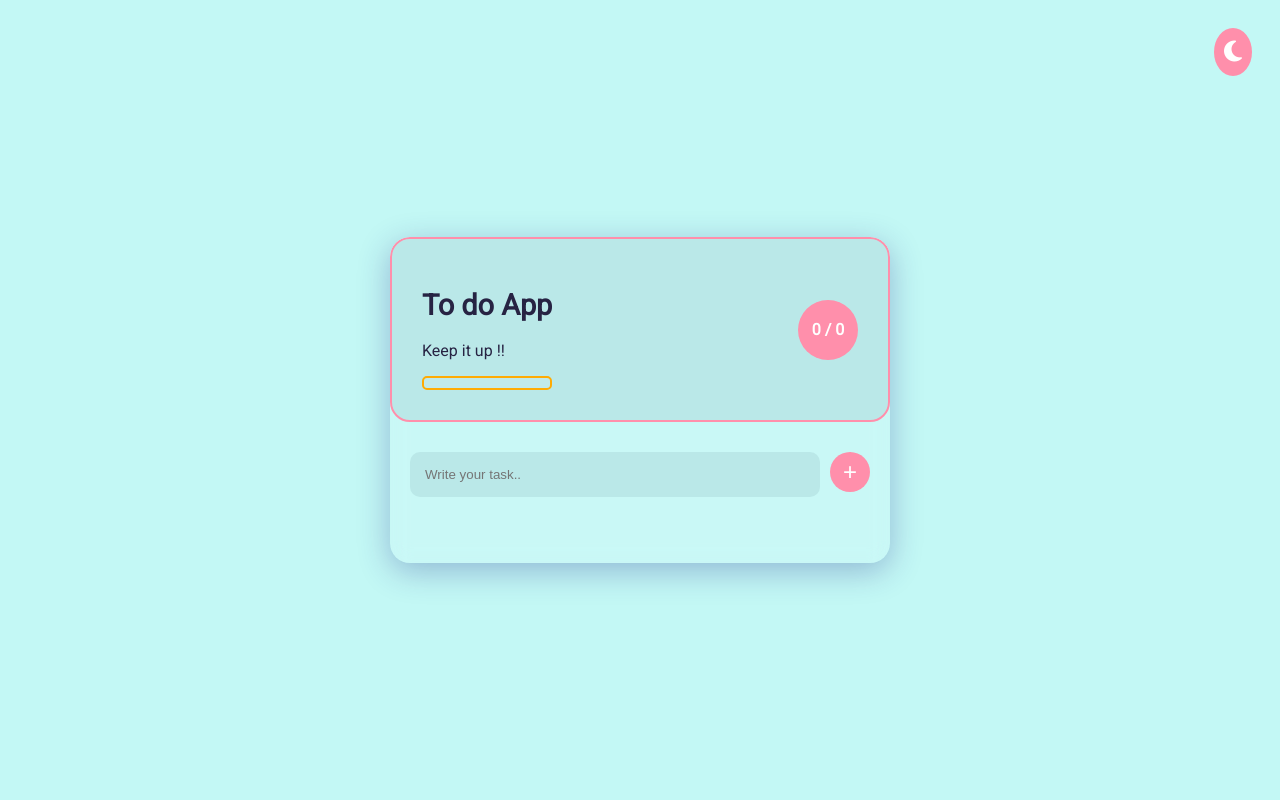
Repository: MounikaSahasra/Productivity-tracker
Page: index.html
The author's editor kept a copy of each file at every save. The page is drawn from the files as they stood at one save, then again after the next save.
The browser window is 1280 px wide. The pictures show the whole page.

Above is the page before, as saved 2025-06-30 18:59:10.

### index.html
<!DOCTYPE html>
<html lang="en">

<head>
  <meta charset="UTF-8" />
  <meta name="viewport" content="width=device-width, initial-scale=1.0" />
  <!-- Font Awesome CDN -->
  <link href="https://cdnjs.cloudflare.com/ajax/libs/font-awesome/6.5.0/css/all.min.css" rel="stylesheet" />
  <link href="https://fonts.googleapis.com/css2?family=Roboto&display=swap" rel="stylesheet" />
  <link rel="stylesheet" href="style.css" />
  <title>To-Do List</title>
</head>

<body>
  <!-- 🌗 Theme Toggle Button -->
  <button id="themeToggle" class="theme-toggle" aria-label="Toggle Theme">
    <i id="themeIcon" class="fa-solid fa-moon"></i>
  </button>

  <div class="container">
    <div class="stats-container">
      <div class="details">
        <h1>To do App</h1>
        <p>Keep it up !!</p>
        <div id="progressBar">
          <div id="progress"></div>
        </div>
      </div>
      <div class="stats-numbers">
        <p id="numbers">2 / 3</p>
      </div>
    </div>

    <form id="taskForm">
      <input type="text" id="taskInput" placeholder="Write your task.." />
      <button id="newTask" type="submit">+</button>
    </form>

    <ul class="task-list" id="task-list"></ul>
  </div>

  <div id="celebration"></div>

  <!-- <script>
    const toggleButton = document.getElementById("themeToggle");
    const themeIcon = document.getElementById("themeIcon");
    const body = document.body;

    // Load theme from localStorage
    const savedTheme = localStorage.getItem("theme");
    if (savedTheme === "dark") {
      body.classList.add("dark-mode");
      themeIcon.classList.replace("fa-moon", "fa-sun");
    }

    toggleButton.addEventListener("click", () => {
      body.classList.toggle("dark-mode");

      const isDark = body.classList.contains("dark-mode");
      themeIcon.classList.toggle("fa-moon", !isDark);
      themeIcon.classList.toggle("fa-sun", isDark);

      localStorage.setItem("theme", isDark ? "dark" : "light");
    });
  </script> -->

  <script src="script.js"></script>
</body>

</html>

### style.css
:root {
  --background: #c3f8f5;
  --secondarybackground: #bae8e8;
  --text: #272343;
  --accent: #ffab03;
  --highlight: #ff8fab;
  --glass: rgba(255, 255, 255, 0.1);
  --blur: 10px;
  --transition: 0.4s ease;
  --completed: #7c7c7c;
}

/* ✅ Dark Mode overrides */
body.dark-mode {
  --background: #1a1a2e;
  --secondarybackground: #16213e;
  --text: #ffffff;
  --accent: #00f5d4;
  --highlight: #9d4edd;
  --completed: #bbbbbb;
}

body {
  background: var(--background);
  color: var(--text);
  transition: background var(--transition), color var(--transition);
  min-height: 100vh;
  display: flex;
  justify-content: center;
  align-items: center;
  font-family: 'Roboto', sans-serif;
  padding: 2rem;
  position: relative;
}

.container {
  width: 100%;
  max-width: 500px;
  backdrop-filter: blur(var(--blur));
  background-color: var(--glass);
  border-radius: 20px;
  box-shadow: 0 8px 32px rgba(31, 38, 135, 0.3);
  overflow: hidden;
  transition: background var(--transition);
}

.stats-container {
  background: var(--secondarybackground);
  border: 2px solid var(--highlight);
  padding: 30px;
  border-radius: 20px;
  display: flex;
  justify-content: space-between;
  align-items: center;
  gap: 20px;
}

.details h1 {
  font-size: 1.8rem;
  color: var(--text);
}

#progressBar {
  background: var(--glass);
  height: 10px;
  border-radius: 5px;
  border: 2px solid var(--accent);
  margin-top: 10px;
  overflow: hidden;
}

#progress {
  background: var(--accent);
  height: 100%;
  width: 0%;
  transition: width 0.4s ease-in-out;
}

.stats-numbers {
  background-color: var(--highlight);
  border-radius: 50%;
  width: 60px;
  height: 60px;
  color: #fff;
  display: flex;
  justify-content: center;
  align-items: center;
  font-weight: bold;
}

form {
  display: flex;
  gap: 10px;
  margin: 30px 0;
  padding: 0 20px;
}

form input[type="text"] {
  flex: 1;
  padding: 15px;
  border-radius: 10px;
  border: none;
  background-color: var(--secondarybackground);
  color: var(--text);
}

form button {
  background-color: var(--highlight);
  border: none;
  border-radius: 50%;
  color: white;
  width: 40px;
  height: 40px;
  font-size: 1.5rem;
  cursor: pointer;
  transition: background 0.3s ease;
}

.task-list {
  list-style: none;
  padding: 0 20px 20px;
  display: flex;
  flex-direction: column;
  gap: 15px;
}

.task-item {
  background-color: var(--secondarybackground);
  padding: 15px;
  border-radius: 10px;
  display: flex;
  justify-content: space-between;
  align-items: center;
  animation: fadeIn 0.4s ease;
}

.task.completed p {
  text-decoration: line-through;
  color: var(--completed);
  opacity: 0.8;
}

.task {
  display: flex;
  align-items: center;
  gap: 10px;
}

.icons img {
  width: 20px;
  height: 20px;
  cursor: pointer;
}

/* Theme toggle button styling */
.theme-toggle {
  position: absolute;
  top: 20px;
  right: 20px;
  background: var(--highlight);
  border: none;
  border-radius: 50%;
  font-size: 1.5rem;
  padding: 10px;
  cursor: pointer;
  transition: background 0.3s ease, transform 0.3s ease;
  z-index: 1000;
  color: white;
}

.theme-toggle:hover {
  transform: scale(1.1);
}

.fade-in {
  animation: fadeIn 0.5s ease;
}

.remove-animation {
  animation: fadeOut 0.3s ease forwards;
}

@keyframes fadeIn {
  from { opacity: 0; transform: translateY(-10px); }
  to { opacity: 1; transform: translateY(0); }
}

@keyframes fadeOut {
  to { opacity: 0; transform: translateY(10px); height: 0; margin: 0; padding: 0; }
}

/* Confetti */
#celebration {
  position: fixed;
  top: 0;
  left: 0;
  width: 100%;
  height: 100%;
  pointer-events: none;
  z-index: 9999;
  overflow: hidden;
}

.confetti {
  position: absolute;
  width: 10px;
  height: 10px;
  background-color: hsl(var(--hue), 80%, 60%);
  border-radius: 50%;
  animation: fall 5s linear forwards;
  opacity: 0.98;
}

@keyframes fall {
  0% {
    transform: translateY(0) rotate(0deg);
    opacity: 1;
  }
  100% {
    transform: translateY(100vh) rotate(360deg);
    opacity: 0;
  }
}

/* Icon brightness fix for dark mode */
body.dark-mode .icons img {
  filter: brightness(0) invert(1); /* white */
}

body:not(.dark-mode) .icons img {
  filter: none;
}

### script.js
let tasks = JSON.parse(localStorage.getItem('tasks')) || [];

const taskForm = document.getElementById('taskForm');
const taskInput = document.getElementById('taskInput');
const taskList = document.querySelector('.task-list');
const progress = document.getElementById('progress');
const numbers = document.getElementById('numbers');
const themeToggle = document.getElementById('themeToggle');
const themeIcon = document.getElementById('themeIcon');

// Initialize Theme
let isDark = localStorage.getItem('theme') === 'dark';
document.body.classList.toggle('dark-mode', isDark);
themeIcon.className = isDark ? 'fas fa-sun' : 'fas fa-moon';

// ✅ Toggle Theme
themeToggle.addEventListener('click', () => {
  isDark = !isDark;
  document.body.classList.toggle('dark-mode', isDark);
  themeIcon.className = isDark ? 'fas fa-sun' : 'fas fa-moon';
  localStorage.setItem('theme', isDark ? 'dark' : 'light');
});

// ✅ Handle Form Submission
taskForm.addEventListener('submit', (e) => {
  e.preventDefault();
  addTask();
});

// ✅ Add Task
function addTask() {
  const text = taskInput.value.trim();
  if (text !== '') {
    tasks.push({ text, completed: false });
    taskInput.value = '';
    saveTasks();
    updateTaskList();
  }
}

// ✅ Delete Task
function deleteTask(index) {
  const li = taskList.children[index];
  li.classList.add('remove-animation');
  setTimeout(() => {
    tasks.splice(index, 1);
    saveTasks();
    updateTaskList();
  }, 300);
}

// ✅ Toggle Completion
function toggleTaskComplete(index) {
  tasks[index].completed = !tasks[index].completed;
  saveTasks();
  updateTaskList();
}

// ✅ Save to LocalStorage
function saveTasks() {
  localStorage.setItem('tasks', JSON.stringify(tasks));
}

// ✅ Render Tasks
function updateTaskList() {
  taskList.innerHTML = '';
  let completed = 0;

  tasks.forEach((task, index) => {
    if (task.completed) completed++;

    const li = document.createElement('li');
    li.classList.add('task-item', 'fade-in');
    li.innerHTML = `
      <div class="task ${task.completed ? 'completed' : ''}">
        <input type="checkbox" ${task.completed ? 'checked' : ''} />
        <p>${task.text}</p>
      </div>
      <div class="icons">
        <img src="img/edit.png" alt="Edit" onclick="editTask(${index})" />
        <img src="img/bin.png" alt="Delete" onclick="deleteTask(${index})" />
      </div>
    `;

    li.querySelector('input').addEventListener('change', () => toggleTaskComplete(index));
    taskList.appendChild(li);
  });

  // Update progress bar and count
  const percent = tasks.length ? (completed / tasks.length) * 100 : 0;
  progress.style.width = `${percent}%`;
  numbers.textContent = `${completed} / ${tasks.length}`;

  // Confetti 🎉
  if (tasks.length && completed === tasks.length) {
    launchConfetti();
  }
}

// ✅ Edit Task
function editTask(index) {
  const newText = prompt('Edit your task:', tasks[index].text);
  if (newText !== null && newText.trim() !== '') {
    tasks[index].text = newText.trim();
    saveTasks();
    updateTaskList();
  }
}

// ✅ Confetti Animation
function launchConfetti() {
  const container = document.getElementById('celebration');

  for (let i = 0; i < 150; i++) {
    const confetti = document.createElement('div');
    confetti.className = 'confetti';

    // Random horizontal position
    confetti.style.left = `${Math.random() * 100}%`;

    // Random vertical starting position (above the screen)
    confetti.style.top = `${Math.random() * -window.innerHeight}px`;

    // Random hue for color
    confetti.style.setProperty('--hue', Math.floor(Math.random() * 360));

    // Random size
    const size = Math.random() * 8 + 4; // size between 4px and 12px
    confetti.style.width = `${size}px`;
    confetti.style.height = `${size}px`;

    container.appendChild(confetti);

    // Remove after animation ends (3s)
    setTimeout(() => container.removeChild(confetti), 5000);
  }
}

// ✅ On Load
updateTaskList();

After the next save:
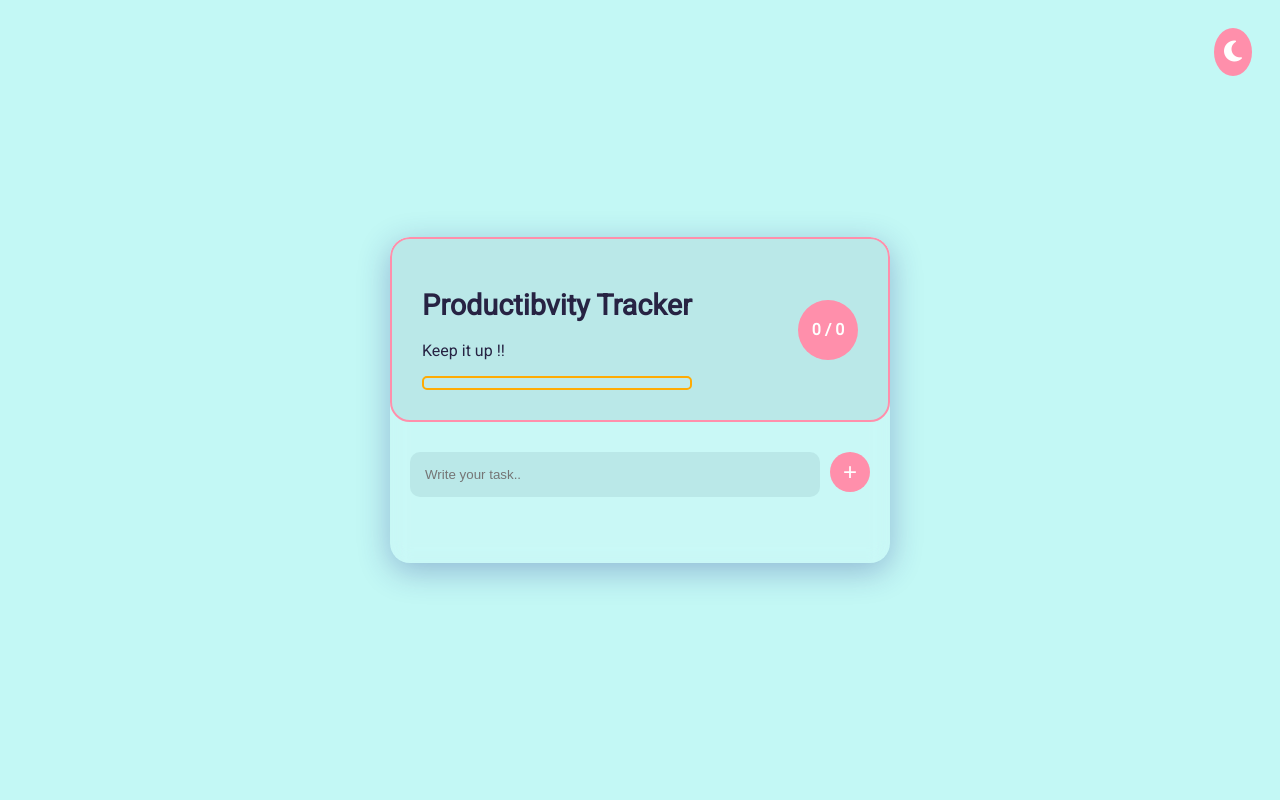
Saved 105 min 23 s later.
--- a/index.html
+++ b/index.html
@@ -20,7 +20,7 @@
   <div class="container">
     <div class="stats-container">
       <div class="details">
-        <h1>To do App</h1>
+        <h1>Productibvity Tracker</h1>
         <p>Keep it up !!</p>
         <div id="progressBar">
           <div id="progress"></div>
